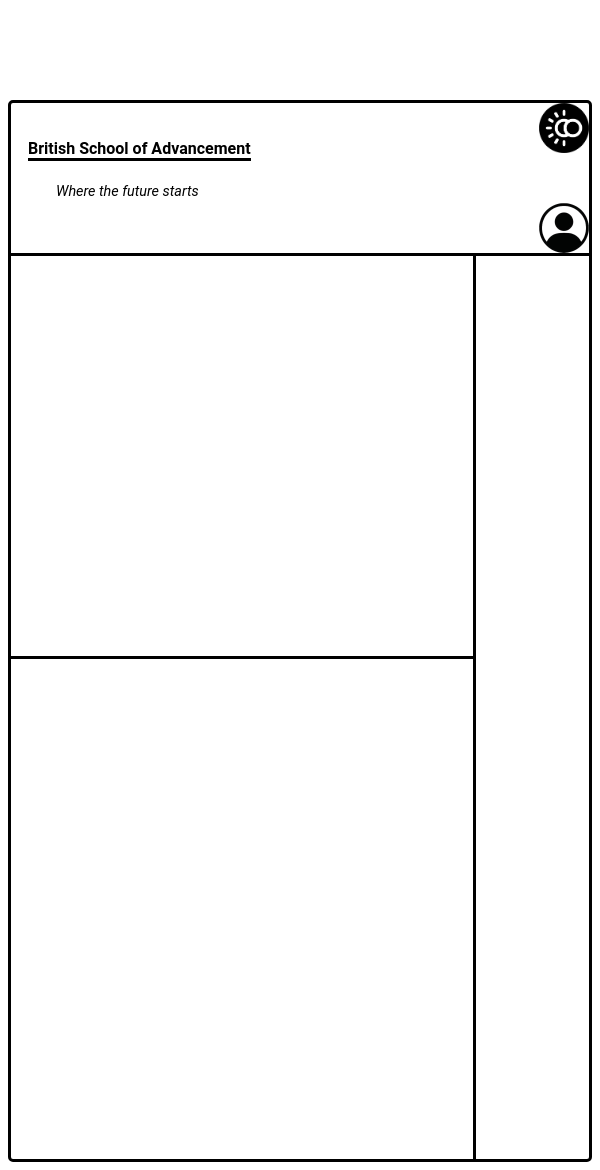
Repository: ghend99/Guardian-Application
Page: index.html
An editor plug-in stored every save of this project. The page is shown before and after the next save, followed by the edit.
The browser window is 600 px wide. The pictures show the whole page.

Above is the page before, as saved 2023-06-06 16:56:15.

### index.html
<!DOCTYPE html>
<html lang="en">
  <head>
    <meta charset="UTF-8" />
    <meta http-equiv="X-UA-Compatible" content="IE=edge" />
    <meta name="viewport" content="width=device-width, initial-scale=1.0" />
    <title>Document</title>
    <link rel="stylesheet" href="style.css" />
  </head>
  <body>
    <div id="main-container">
      <div id="header-container">
        <div id="header-container-left-section">
          <p id="header-school-name" class="page-headers">
            British School of Advancement
          </p>
          <p id="header-school-slogan" class="page-headers">
            Where the future starts
          </p>
        </div>
        <div id="header-container-middle-section">
          <img class="header-middle-section-logo" src="./images/logo.png" />
        </div>
        <div id="header-container-right-section">
          <input
            id="header-login-input-fullname"
            class="login-input-fullname login-input input"
            type="text"
            placeholder="First name..."
          />
          <input
            id="header-login-input-pin"
            class="login-input-pin login-input input"
            placeholder="Pin..."
            type="password"
          />
          <p id="show-pin-header">Show Pin</p>
          <img
            id="header-login-button"
            class="login-button"
            src="./images/login-button.png"
          />
          <img class="header-dark-mode-toggle" src="./images/dark-mode.png" />
          <img class="login-modal-open" src="./images/login.png" />
        </div>
      </div>
      <div id="sidebar-container">
        <div id="sidebar-link-container1" class="sidebar-link-container">
          <p class="sidebar-link-header page-headers">Search Student</p>
          <input class="sidebar-input input" placeholder="Name..." />
          <button class="sidebar-search-button submit-button">Search</button>
        </div>
        <div id="sidebar-link-container2" class="sidebar-link-container">
          <p class="sidebar-link-header page-headers">Add Student</p>
          <button id="add-student" class="sidebar-search-button submit-button">
            Add
          </button>
        </div>
        <div id="sidebar-link-container3" class="sidebar-link-container">
          <p class="sidebar-link-header page-headers">Send Message</p>
          <button
            id="compose-message-open"
            class="sidebar-search-button submit-button"
          >
            Compose
          </button>
        </div>
        <div id="sidebar-link-container4" class="sidebar-link-container">
          <p class="sidebar-link-header page-headers">Add Referal</p>
          <input
            id="add-referal-fullname"
            class="sidebar-input input"
            placeholder="Name..."
          />
          <button id="add-referal" class="sidebar-search-button submit-button">
            Add
          </button>
        </div>
        <div id="sidebar-link-container5" class="sidebar-link-container">
          <p
            id="show-timetable-heading"
            class="sidebar-link-header page-headers"
          >
            Show Timetable
          </p>
          <button
            id="timetable-open"
            class="sidebar-search-button submit-button"
          >
            Show
          </button>
        </div>
        <div id="sidebar-link-container6" class="sidebar-link-container">
          <p class="sidebar-link-header page-headers">Show Inbox</p>
          <button id="inbox-open" class="sidebar-search-button submit-button">
            Show
          </button>
        </div>
        <div id="sidebar-link-container7" class="sidebar-link-container">
          <p class="sidebar-link-header page-headers">Update Timetable</p>
          <button
            id="update-timetable"
            class="sidebar-search-button submit-button"
          >
            Show
          </button>
        </div>
      </div>
      <img id="sidebar-open" src="./images/menu.png" />

      <div id="student-information-container">
        <h1
          id="student-information-name-header"
          class="student-information page-headers"
        >
          Student Name:
        </h1>
        <h3 class="student-information student-information-general-header">
          General Information
        </h3>
        <p id="student-information-first-name" class="student-information">
          First Name:
        </p>
        <p id="student-information-last-name" class="student-information">
          Last Name:
        </p>
        <p id="student-information-year" class="student-information">
          Year Group:
        </p>
        <p id="student-information-referals" class="student-information">
          Referals:
        </p>
        <p id="password-reset" class="student-information">Reset Password</p>
      </div>

      <div id="student-management-container">
        <p class="student-management-heading"></p>
        <img id="student-management-close" src="./images/close.png" />
        <div id="timetable-container"></div>
        <div id="inbox-container">
          <div id="inbox-header">
            <p>Date</p>
            <p>Sender</p>
            <p>Reciever</p>
            <p>Subject</p>
            <p>Message</p>
          </div>
          <div id="inbox-line">
            <p></p>
            <p></p>
            <p></p>
            <p></p>
            <p></p>
          </div>
        </div>
      </div>
    </div>

    <div id="login-modal-container">
      <h1 class="login-modal-header modal-header page-headers">Login</h1>
      <img
        id="login-modal-close"
        class="modal-close"
        src="./images/close.png"
      />
      <input
        id="login-modal-fullname"
        class="login-input-fullname login-modal-input input"
        type="text"
        placeholder="Full name..."
      />
      <input
        id="login-modal-pin"
        class="login-input-pin login-modal-input input"
        type="number"
        placeholder="Pin..."
      />
      <p id="login-modal-show-pin">Show Pin</p>
      <input id="login-modal-submit" class="submit-button" type="submit" />
    </div>

    <div id="create-account-container">
      <p id="create-account-header" class="modal-header page-headers">
        Add Student Details
      </p>
      <img
        id="create-account-close"
        class="modal-close"
        src="./images/close.png"
      />
      <input
        id="create-account-first-name"
        class="create-account-input input"
        placeholder="First name..."
      />
      <input
        id="create-account-last-name"
        class="create-account-input input"
        placeholder="Last name..."
      />
      <input
        id="create-account-year"
        class="create-account-input input"
        placeholder="Year..."
      />
      <input
        id="create-account-pin"
        class="create-account-input input"
        placeholder="Year..."
      />

      <input
        id="create-account-repin"
        class="create-account-input input"
        placeholder="Year..."
      />
      <input id="create-account-submit" class="submit-button" type="submit" />
    </div>

    <div id="compose-message-container" class="">
      <p id="compose-message-header" class="modal-header">Compose Message</p>
      <img
        id="compose-message-close"
        class="modal-close"
        src="./images/close.png"
      />
      <input
        id="compose-message-reciever"
        class="compose-message-input input"
        type="text"
        placeholder="Reciever..."
      />
      <input
        id="compose-message-title"
        class="compose-message-input input"
        type="text"
        placeholder="Subject..."
      />
      <textarea
        id="compose-message-text-area"
        placeholder="Message..."
      ></textarea>
      <input id="compose-message-submit" class="submit-button" type="submit" />
    </div>

    <div id="password-reset-container">
      <p id="password-reset-header" class="modal-header page-headers">
        Pin Reset
      </p>
      <img
        id="password-reset-close"
        class="modal-close"
        src="./images/close.png"
      />
      <input
        id="password-reset-old"
        class="password-reset-input input"
        type="number"
        placeholder="Old Pin..."
      />
      <input
        id="password-reset-new"
        class="password-reset-input input"
        type="number"
        placeholder="New Pin..."
      />
      <input
        id="password-reset-new-retype"
        class="password-reset-input input"
        type="number"
        placeholder="New Pin..."
      />
      <input id="password-reset-submit" class="submit-button" type="submit" />
    </div>
    <script src="functions.js"></script>
    <script src="elements.js"></script>
    <script src="buttons.js"></script>
    <script src="message.js"></script>
    <script src="timetable.js"></script>
  </body>
</html>

### style.css
button {
  cursor: pointer;
}

.input {
  background-color: transparent;
  text-decoration: none;
  border: none;
  border-bottom: solid;
  outline: none;
}

.page-headers {
  font-family: "Roboto", Arial;
}

.modal-header {
  font-size: 30px;
  font-weight: bold;
  margin-top: 10px;
}

.dark-mode {
  background-color: black;
  color: white;
  border: solid;
  border-radius: 5px;
}

.input-dark-mode {
  color: white;
  border-color: white;
}

.button-dark-mode {
  color: white;
  background-color: black;
}

#main-container {
  position: relative;
  left: 50%;
  transform: translate(-50%);
  max-width: 50%;
  min-width: 700px;
  max-height: 1200px;
  min-height: 1000px;
  margin-top: 100px;
  border: solid;
  border-radius: 5px;
}

#header-container {
  display: grid;
  grid-template-columns: 1fr 1fr 1fr;
  grid-template-rows: 1fr;
  max-height: 200px;
  min-height: 150px;
  width: 100%;
  border-bottom: solid;
}

#header-school-name {
  position: absolute;
  top: 20px;
  left: 17px;
  font-size: clamp(1rem, 1vw, 2rem);
  font-weight: bold;
  border-bottom: solid;
}

#header-school-slogan {
  position: absolute;
  top: clamp(5%, 70px, 80px);
  left: clamp(45px, 5%, 70px);
  font-size: clamp(0.9rem, 1.5vw, 1rem);
  margin-top: 10px;
  font-style: italic;
}

#header-container-middle-section {
  display: flex;
  justify-content: center;
}

.header-middle-section-logo {
  width: 60%;
}

#header-login-input-fullname {
  position: absolute;
  top: 75px;
  width: 13%;
  right: 10%;
}

#header-login-input-pin {
  position: absolute;
  top: 110px;
  width: 13%;
  right: 10%;
}

#show-pin-header {
  position: absolute;
  top: 135px;
  right: 10%;
  margin: 0;
}

#header-login-button {
  position: absolute;
  width: 50px;
  right: 3%;
  top: 85px;
}

.header-dark-mode-toggle {
  position: absolute;
  width: 50px;
  top: 0;
  right: 0;
  cursor: pointer;
}

.login-modal-open {
  display: none;
}

#sidebar-container {
  position: absolute;
  display: grid;
  grid-template-columns: 1fr;
  grid-template-rows: 1fr 1fr 1fr 1fr 1fr 1fr 1fr;
  right: 0;
  bottom: 0;
  max-width: 30%;
  min-width: 20%;
  max-height: 1000px;
  min-height: 925px;
}

#sidebar-link-container1 {
  justify-content: center;
}

/* #sidebar-link-container6 {
  border-bottom: none;
} */

#sidebar-link-container7 {
  display: none;
  border-bottom: none;
}

.sidebar-link-container {
  position: relative;
  display: flex;
  justify-content: center;
  border-bottom: solid;
}

.sidebar-link-header {
  position: absolute;
  font-size: 20px;
}

.sidebar-input {
  position: absolute;
  margin-top: 60px;
  width: 80%;
}

.sidebar-search-button {
  position: absolute;
  max-width: 75%;
  min-width: 70px;
  bottom: 20px;
  border-radius: 5px;
}

#sidebar-open {
  position: absolute;
  width: 50px;
  right: 0;
  top: 155px;
  display: none;
}

#student-information-container {
  max-height: 800px;
  min-height: 400px;
  max-width: 80%;
  min-width: 50%;
  border-bottom: solid;
  border-right: solid;
}

#student-information-name-header {
  font-size: 30px;
  font-weight: bold;
  border-bottom: solid;
  width: fit-content;
  margin-left: 30px;
  margin-top: 0;
}

.student-information {
  margin-left: 40px;
  display: none;
}

.student-information-general-header {
  font-size: 24px;
  font-weight: bold;
  padding-left: 40px;
}

#password-reset {
  border-bottom: solid;
  font-weight: bold;
  width: fit-content;
  cursor: pointer;
}

#student-management-container {
  max-width: 80%;
  min-width: 50%;
  max-height: 600px;
  min-height: 500px;
  border-right: solid;
}

.student-management-heading {
  display: inline-block;
  font-size: 30px;
  margin: 0;
  margin-left: 20px;
  width: fit-content;
}

#student-management-close {
  position: absolute;
  bottom: 45.7%;
  right: 21%;
  width: 30px;
  cursor: pointer;
  display: none;
}

#timetable-container {
  position: relative;
  display: grid;
  grid-gap: 1em;
  grid-template-rows: repeat(var(--grid-rows), 1fr);
  grid-template-columns: repeat(var(--grid-cols), 1fr);
  /* top: 50px; */
  overflow: scroll;
  max-height: 90%;
  min-height: 466px;
  /* max-width: 99.6%;
  min-width: 250px; */
  display: none;
}

:root {
  --grid-cols: 1;
  --grid-rows: 1;
}

.grid-item {
  padding: 1em;
  border: 1px solid #ddd;
  text-align: center;
}

#timetable-input {
  width: 100px;
}

#inbox-container {
  max-height: 90%;
  min-height: 466px;
  max-width: 99.6%;
  min-width: 250px;
  display: none;
}

#inbox-header {
  position: relative;
  display: grid;
  grid-template-columns: 1fr 1fr 1fr 1fr 1fr;
  grid-template-rows: 1fr;
  width: 100%;
  height: 50px;
  /* background-color: aqua; */
  overflow-y: auto;
  font-family: "Roboto", Arial;
}

#inbox-line {
  position: relative;
  display: grid;
  grid-template-columns: 1fr 1fr 1fr 1fr 1fr;
  grid-template-rows: 1fr;
  row-gap: 20px;
  width: 100%;
  height: 50px;
  /* background-color: darkorange; */
  overflow-y: auto;
  font-family: "EB Garamond", Arial;
}

#login-modal-container,
#create-account-container,
#compose-message-container,
#password-reset-container {
  position: absolute;
  left: 50%;
  top: 30%;
  transform: translate(-50%);
  text-align: center;
  border: solid;
  border-radius: 5px;
  display: none;
}

#login-modal-container {
  max-width: 40%;
  min-width: 300px;
  max-height: 400px;
  min-height: 300px;
  text-align: center;
  border: solid;
  border-radius: 5px;
  display: none;
  background-color: whitesmoke;
  cursor: pointer;
}

#login-modal-fullname {
  position: absolute;
  top: 120px;
  left: 50px;
}

#login-modal-pin {
  position: absolute;
  top: 170px;
  left: 50px;
}

#login-modal-show-pin {
  position: absolute;
  top: 200px;
  left: 50px;
  margin: 0;
  font-size: 14px;
  cursor: pointer;
}

#login-modal-submit {
  left: 15%;
}

#login-modal-submit,
#create-account-submit,
#compose-message-submit,
#password-reset-submit {
  position: absolute;
  bottom: 20px;
  max-height: 60px;
  min-height: 30px;
  max-width: 20%;
  min-width: 200px;
}

#create-account-container {
  max-width: 60%;
  min-width: 400px;
  max-height: 600px;
  min-height: 500px;
}

.create-account-input,
.compose-message-input,
.password-reset-input {
  position: absolute;
  left: 30px;
}

#create-account-first-name {
  top: 80px;
}

#create-account-last-name {
  top: 150px;
}

#create-account-year {
  top: 220px;
}

#create-account-pin {
  top: 290px;
}

#create-account-submit {
  left: 25%;
}

#create-account-repin {
  position: absolute;
  top: 360px;
  left: 30px;
}

#compose-message-container {
  max-width: 60%;
  min-width: 400px;
  max-height: 600px;
  min-height: 500px;
}

.modal-close {
  position: absolute;
  width: 30px;
  right: 0;
  top: 0;
  cursor: pointer;
}

#compose-message-reciever {
  top: 80px;
}

#compose-message-title {
  top: 130px;
}

#compose-message-text-area {
  position: absolute;
  top: 35%;
  left: 30px;
  max-height: 80%;
  min-height: 230px;
  max-width: 100%;
  min-width: 280px;
}

#compose-message-submit {
  left: 25%;
}

#password-reset-container {
  max-width: 40%;
  min-width: 300px;
  max-height: 400px;
  min-height: 300px;
}

#password-reset-new {
  top: 120px;
}

#password-reset-new-retype {
  top: 165px;
}

#password-reset-submit {
  left: 17%;
}

@media screen and (min-width: 0) and (max-width: 1600px) {
  #show-timetable-heading {
    font-size: 18px;
  }
}

@media screen and (min-width: 0) and (max-width: 720px) {
  #main-container {
    max-width: 600px;
    min-width: 300px;
  }

  #header-container {
    grid-template-columns: 1fr 1fr;
  }

  .header-middle-section-logo,
  #header-login-input-fullname,
  #header-login-input-pin,
  #show-pin-header,
  #header-login-button {
    display: none;
  }

  .login-modal-open {
    position: absolute;
    display: block;
    right: 0;
    top: 100px;
    width: 50px;
  }

  #sidebar-container {
    display: none;
  }

  .sidebar-link-header {
    font-size: 12px;
  }

  .sidebar-open {
    display: block;
  }

  .student-information-name-header {
    margin-left: 15px;
  }

  .student-information-general-header {
    margin-left: 25px;
    padding: 0;
  }

  .student-information {
    margin-left: 28px;
  }
}

### buttons.js
btnDarkModeToggle.addEventListener("click", function (e) {
  e.preventDefault();
  if (darkMode === false) {
    darkModeToggle();
  } else {
    lightModeToggle();
  }
});

btnAddStudentOpen.addEventListener("click", function (e) {
  e.preventDefault();
  addStudentContainer.style.display = "block";
  mainContainer.style.filter = "blur(3px)";
});

btnAddStudentClose.addEventListener("click", function (e) {
  e.preventDefault();
  addStudentContainer.style.display = "none";
  mainContainer.style.filter = "blur(0px)";
});

btndAddStudentSubmit.addEventListener("click", function (e) {
  e.preventDefault();
  createStudent();
  addStudentFirstNameInput.value = "";
  addStudentLastNameInput.value = "";
  addStudentYearInput.value = "";
  addStudentPinInput.value = "";
  addStudentRePinInput.value = "";
});

btnLoginHeader.addEventListener("click", function (e) {
  e.preventDefault();
  login();
  studentInformation.forEach((e) => {
    e.style.display = "block";
    inboxContainer.style.display = "none";
    inboxLine.innerHTML = "";
  });
  UpdateTimetableLinkContainer.style.display = "none";
});

btnLoginModalOpen.addEventListener("click", function (e) {
  e.preventDefault();
  loginContainer.style.display = "block";
  mainContainer.style.filter = "blur(3px)";
});

btnLoginModalClose.addEventListener("click", function (e) {
  e.preventDefault();
  loginContainer.style.display = "none";
  mainContainer.style.filter = "blur(0px)";
});

btnLoginModalSubmit.addEventListener("click", function (e) {
  e.preventDefault();
  loginModal();
  studentInformation.forEach((e) => {
    e.style.display = "block";
  });
  loginContainer.style.display = "none";
});

btnComposeMessageOpen.addEventListener("click", function (e) {
  e.preventDefault();
  if (currentAccount === undefined) {
    alert("You need to login first");
  } else {
    composeMessageContainer.style.display = "block";
    mainContainer.style.filter = "blur(3px)";
  }
});

btnComposeMessageClose.addEventListener("click", function (e) {
  composeMessageContainer.style.display = "none";
  mainContainer.style.filter = "blur(0px)";
});

btnComposeMessageSubmit.addEventListener("click", function (e) {
  e.preventDefault();
  sendMessage();
});

btnInboxOpen.addEventListener("click", function (e) {
  e.preventDefault();
  timetableContainer.style.display = "none";
  inboxContainer.style.display = "block";
  studentManagementHeading.textContent = "Inbox";
  btnStudentManagementClose.style.display = "block";
});

btnTimetableOpen.addEventListener("click", function (e) {
  e.preventDefault();
  inboxContainer.style.display = "none";
  timetableContainer.style.display = "grid";
  UpdateTimetableLinkContainer.style.display = "flex";
  studentManagementHeading.textContent = "Timetable";
  btnStudentManagementClose.style.display = "block";
});

btnStudentManagementClose.addEventListener("click", function (e) {
  timetableContainer.style.display = "none";
  inboxContainer.style.display = "none";
});

btnUpdateTimetableLink.addEventListener("click", function (e) {
  updateTimetableLink();
});

btnSidebarOpen.addEventListener("click", function (e) {
  e.preventDefault();
  sidebarContainer.style.display = "block";
});

### message.js
const sendMessage = function () {
  const message = composeMessageText.value;
  const subject = composeMessageSubject.value;
  const reciever = composeMessageReciever.value;
  const target = students.find((stu) => stu.fullName === `${reciever}`);
  const date = new Date(Date.now()).toLocaleString();
  console.log(date);
  console.log(message, subject, reciever, target);
  if (target === undefined) {
    alert("Not a valid message reciercer");
  } else {
    target.inbox.push(message);
    target.from.push(currentAccount.fullName);
    target.subject.push(subject);
    target.date.push(date);
    // currentAccount.sent.push(message);
    // currentAccount.date.push(date);
    composeMessageReciever.value = "";
    composeMessageText.value = "";
    composeMessageSubject.value = "";
    localStorage.setItem("students", JSON.stringify(students));
    alert("Message Sent");
    // updateInbox(target, currentAccount, message, subject);
  }
};

// const updateInbox = function (target, currentAccount, message, subject) {
//   const html = ` <div id="inbox-line">
//   <p>${new Date(Date.now()).toLocaleString()}</p>
//   <p>${currentAccount.fullName}</p>
//   <p>${target.fullName}</p>
//   <p>${subject}</p>
//   <p>${message}</p>
// </div>
//   `;
//   inboxLine.insertAdjacentHTML("beforebegin", html);
// };

const updateInboxLoad = function (target) {
  getStudentsLocalStorage();
  for (let i = 0; i < currentAccount.inbox.length; i++) {
    const html = `<div id="inbox-line">
  <p>${currentAccount.date[i]}</p>
  <p>${currentAccount.from[i]}</p>
  <p>${currentAccount.fullName}</p>
  <p>${currentAccount.subject[i]}</p>
  <p>${currentAccount.inbox[i]}</p>
</div>
  `;
    inboxLine.insertAdjacentHTML("beforebegin", html);
  }
};
// updateInboxLoad();

Loaded but not shown: timetable.js (295 lines, source omitted); functions.js (221 lines, source omitted); elements.js (98 lines, source omitted)

After the next save:
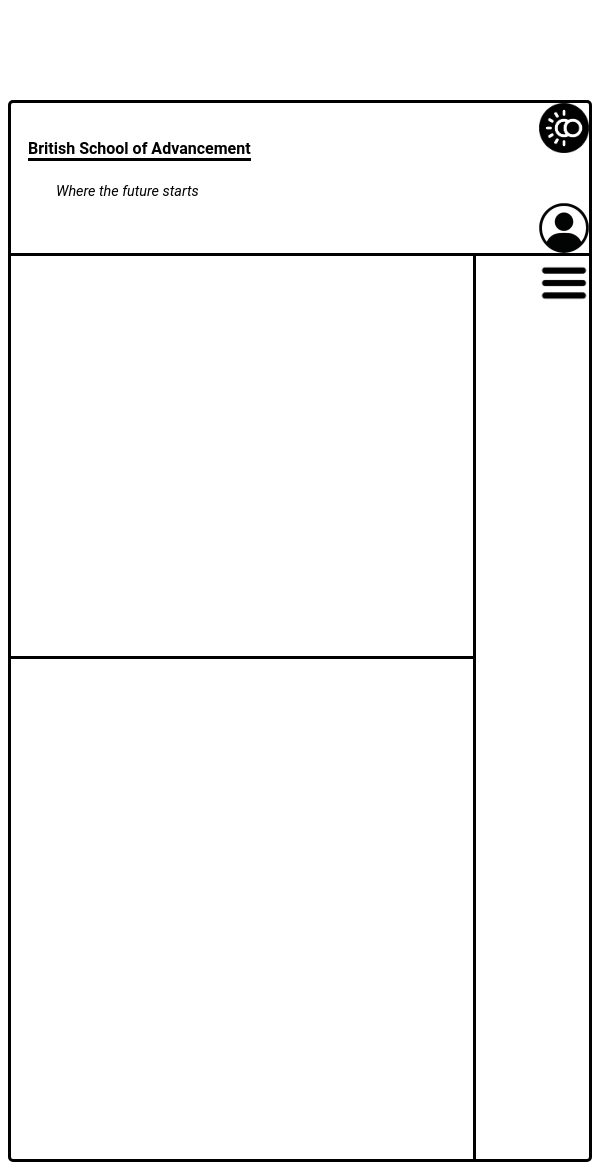
Saved 22 s later.
--- a/style.css
+++ b/style.css
@@ -511,7 +511,7 @@ button {
     font-size: 12px;
   }
 
-  .sidebar-open {
+  #sidebar-open {
     display: block;
   }
 
